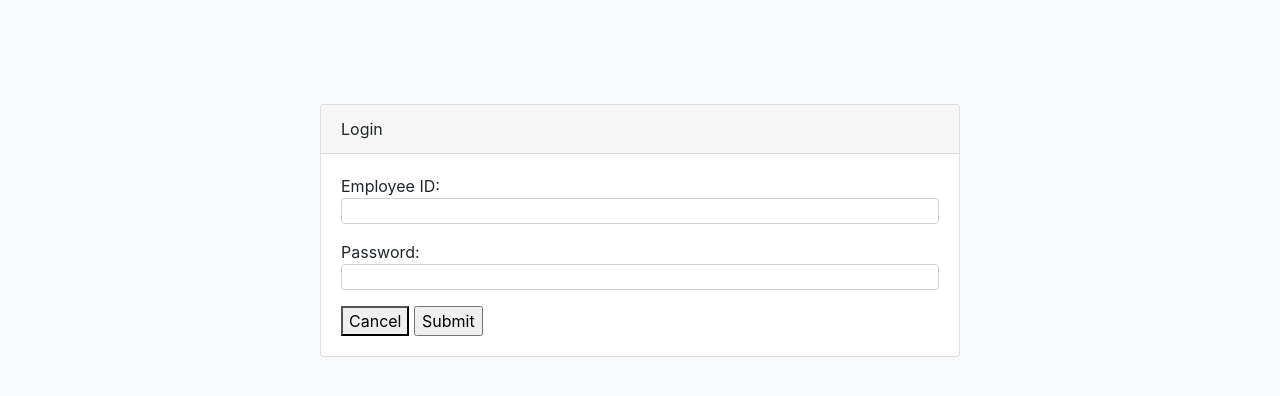
Repository: Map2g/WeFixPOS
Page: pages/login.html
The author's editor kept a record of every edit. The page is drawn from the files as they stood at one moment, then again after the next edit.
The browser window is 1280 px wide. The pictures show the whole page.

Above is the page before.

### pages/login.html
<!DOCTYPE html>
<html lang="en">

<head>

  <meta charset="utf-8">
  <meta http-equiv="X-UA-Compatible" content="IE=edge">
  <meta name="viewport" content="width=device-width, initial-scale=1, shrink-to-fit=no">
  <meta name="description" content="">
  <meta name="author" content="">

  <title>Login</title>

  <!-- Custom fonts for this template-->
  <!--<link href="vendor/fontawesome-free/css/all.min.css" rel="stylesheet" type="text/css">-->

  <!-- Custom styles for this template-->
  <link href="css/shop-homepage.css" rel="stylesheet">

</head>

<body class="bg-light">
  <div class="container">
    <div class="card card-register mx-auto mt-5">
      <div class="card-header">Login</div>
      <div class="card-body">
        <form action = "login.php" method = "post">

          <div class="form-group">
            <div class="form-row">
              <div class="col-md-12">
                <div class="form-label-group">
                  Employee ID: <input type="text" name="EmpID" class="form-control" placeholder="EmpID" required="required">
                </div>
              </div>
            </div>
          </div>

          <div class="form-group">
            <div class="form-row">
              <div class="col-md-12">
                <div class="form-label-group">
                  Password: <input type="text" name="EmpPass" class="form-control" placeholder="password" required="required">
                  <!--<input type="text" id="lastName" class="form-control" placeholder="Last name" required="required">-->
                  <!--<label for="lastName">Last name</label>-->
                </div>
              </div>
            </div>
          </div>

          <a href = "Employees.php"><button type="button">Cancel</button></a>
          <input type = "submit" value = "Submit">
          <!--<a class="btn btn-primary btn-block" href="login.html">Register</a>-->
        </form>
        <!--<div class="text-center">-->
        <!--  <a class="d-block small mt-3" href="login.html">Login Page</a>-->
        <!--  <a class="d-block small" href="forgot-password.html">Forgot Password?</a>-->
        <!--</div>-->
      </div>
    </div>
  </div>

  <!-- Bootstrap core JavaScript-->
  <script src="vendor/jquery/jquery.min.js"></script>
  <script src="vendor/bootstrap/js/bootstrap.bundle.min.js"></script>

  <!-- Core plugin JavaScript-->
  <script src="vendor/jquery-easing/jquery.easing.min.js"></script>
</form>
</body>

</html>

Loaded but not shown: css/shop-homepage.css (library); vendor/jquery/jquery.min.js (library); vendor/bootstrap/js/bootstrap.bundle.min.js (library)

After the next edit:
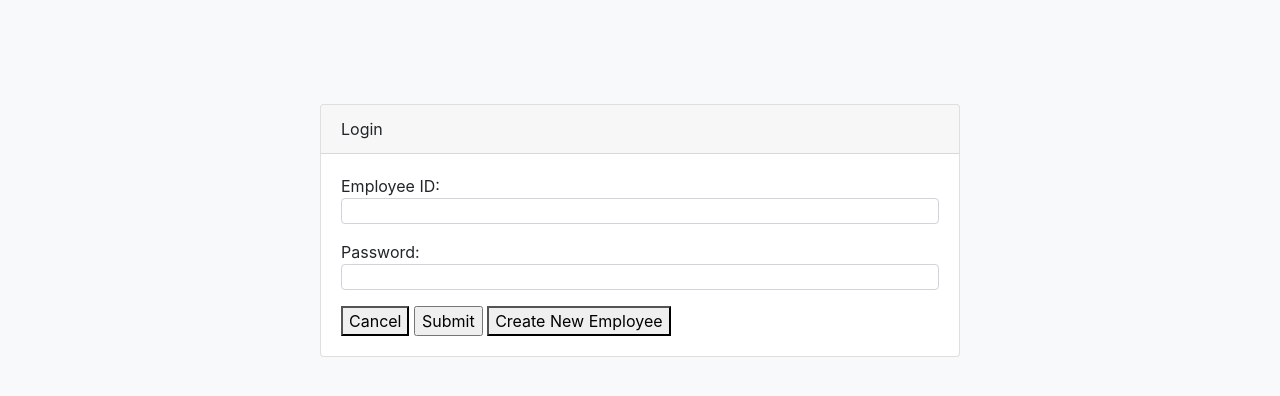
The edit:
--- a/pages/login.html
+++ b/pages/login.html
@@ -50,6 +50,7 @@
 
           <a href = "Employees.php"><button type="button">Cancel</button></a>
           <input type = "submit" value = "Submit">
+          <a href = "AddEmp.html"><button type="button">Create New Employee</button></a>
           <!--<a class="btn btn-primary btn-block" href="login.html">Register</a>-->
         </form>
         <!--<div class="text-center">-->
